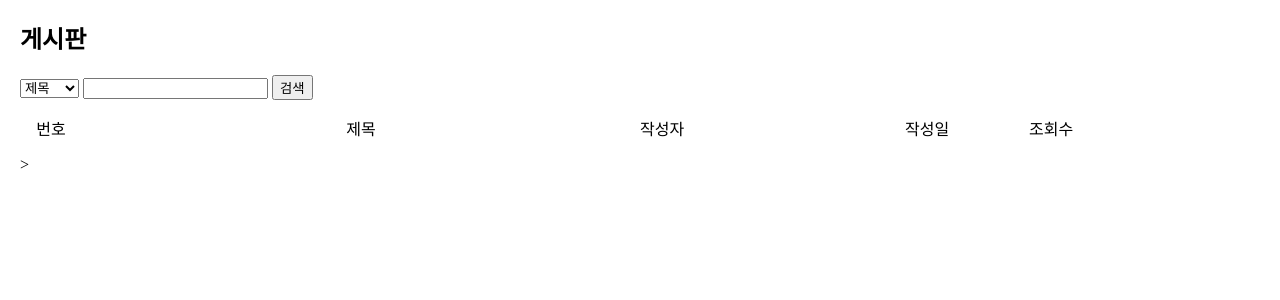
Repository: anydevil0812/board_subject
Page: http://localhost/board/main.jsp
An editor plug-in stored every save of this project. The page is shown before and after the next save, followed by the edit.
The browser window is 1280 px wide. The pictures show the whole page.
The page is served by Tomcat 9. Other server files are loaded and not shown.

Above is the page before, as saved 2024-10-25 04:37:41.

### board/src/main/webapp/main.jsp
<%@page import="util.DBUtil"%>
<%@page import="java.sql.Connection"%>
<%@ taglib uri="http://java.sun.com/jsp/jstl/core" prefix="c"%>
<%@ page contentType="text/html;charset=UTF-8" language="java" %>
<%@ page import="java.util.List" %>
<%@ page import="dto.BoardDTO" %>
<%@ page import="dao.BoardDAO" %>

<%

	Connection conn = DBUtil.connect();
	BoardDTO dto = new BoardDTO();
	BoardDAO dao = new BoardDAO();

%>
<html>
<head>
    <title>Subject1-3</title>
    <link rel="stylesheet" href="./css/1.css"/>
</head>
<body>
    <h2>게시판</h2>
    <form action="" method="post">
	   <span>
	       <select name="search-category">
	           <option>제목</option>
	           <option>작성자</option>
	           <option>내용</option>
	       </select>
	   </span>
	   <span>
	       <input type="text" name="search-text">
	   </span>
	   <span>
	       <button name="search-button">검색</button>
	   </span>
	</form>
    <div class="board-title">
        <dl>
            <dt id="number">번호</dt>
            <dt id="title">제목</dt>
            <dt id="writer">작성자</dt>
            <dt id="date">작성일</dt>
            <dt id="views">조회수</dt>
        </dl>
    </div>
    <div class="board-list">
    	<c:forEach var="dto" items="${lists}">
	        <dl>
	            <dd>${dto.num}</dd>
	            <dd>
	            	<a href="${articleUrl}&num=${dto.num}">
                    	${dto.subject}
               		</a>
	            </dd>
	            <dd>${dto.name}</dd>
	            <dd>${dto.date}</dd>
	            <dd>${dto.count}</dd>
	        </dl>
        </c:forEach>>
    </div>
    <c:forEach var="post" items="${posts}">
        <div class="forward">
            <div class="post-title">${post.title}</div>
            <div>${post.content}</div>
            <div>작성자: ${post.username}</div>
        </div>
    </c:forEach>
</body>
</html>

### board/src/main/java/util/DBUtil.java
package util;

import java.sql.Connection;
import java.sql.DriverManager;
import java.sql.ResultSet;
import java.sql.SQLException;
import java.sql.Statement;

public class DBUtil {

	 public static Connection connect() throws SQLException, ClassNotFoundException {
		 	String driver ="oracle.jdbc.driver.OracleDriver";
	        String db_url = "jdbc:oracle:thin:@localhost:1521:xe";
	        String db_id = "SYSTEM";
	        String db_pw = "20241014!";
	        Class.forName(driver);

	        return DriverManager.getConnection(db_url, db_id, db_pw);
	 }

     public static void close(Connection con, Statement stmt, ResultSet rset) {
        try {
            if (rset != null) {
                rset.close();
                rset = null;
            }
            if (stmt != null) {
                stmt.close();
                stmt = null;
            }
            if (con != null) {
                con.close();
                con = null;
            }
        } catch (SQLException e) {
            e.printStackTrace();
        }
     }

}

### board/src/main/java/dto/BoardDTO.java
package dto;

public class BoardDTO {

	int num;

	String title;

	String name;

	String date;

	String views;

	public int getNum() {
		return num;
	}

	public void setNum(int num) {
		this.num = num;
	}

	public String getTitle() {
		return title;
	}

	public void setTitle(String title) {
		this.title = title;
	}

	public String getName() {
		return name;
	}

	public void setName(String name) {
		this.name = name;
	}

	public String getDate() {
		return date;
	}

	public void setDate(String date) {
		this.date = date;
	}

	public String getViews() {
		return views;
	}

	public void setViews(String views) {
		this.views = views;
	}

}

### board/src/main/webapp/css/1.css
body {
    margin: 20px;
}

.content {
    width: 70%;
    margin: 0 auto;
}

.board-title dl {
    display: flex;
}

.board-title dt {
    text-align: center;
}

.forward {
    border: 1px solid #ccc;
    margin: 10px 0;
    padding: 10px;
}

#number, #views {
	width: 5%
}

#title {
	width: 45%;
}

#date {
	width: 15%
}


#writer {
	margin-right: 150px;
}



.post-title {
    font-weight: bold;
    font-size: 1.2em;
}

.form-container {
    margin-bottom: 20px;
}

After the next save:
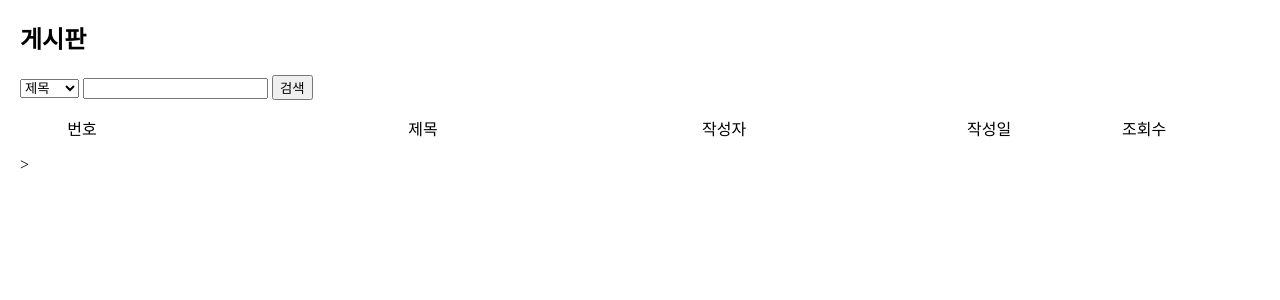
Saved 7 s later.
--- a/board/src/main/webapp/css/1.css
+++ b/board/src/main/webapp/css/1.css
@@ -22,7 +22,7 @@ body {
 }
 
 #number, #views {
-	width: 5%
+	width: 10%
 }
 
 #title {
